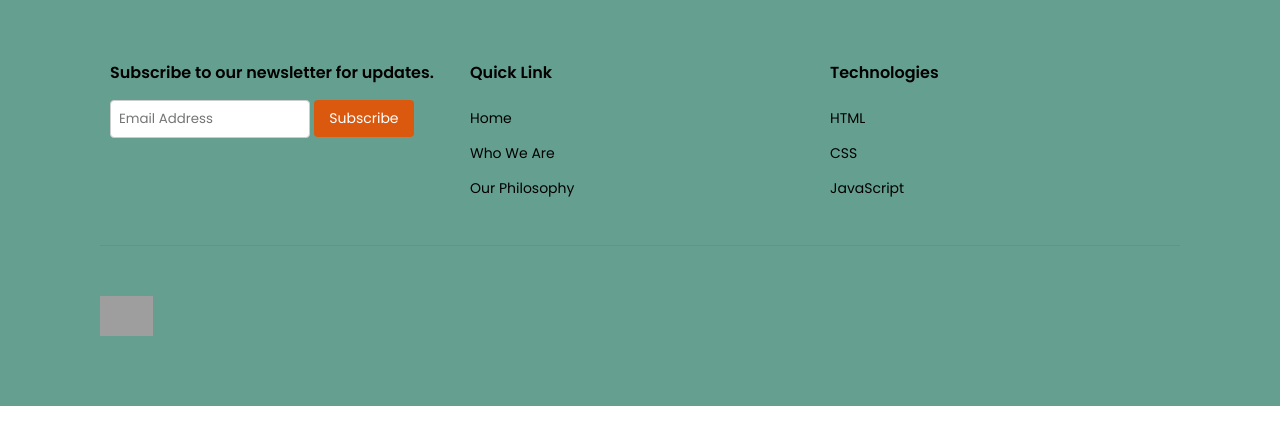
Repository: andajonas/Module_08_ANDJON25111_fto2502_A2_Anda-Jonas_SDF04
Page: index.html
An editor plug-in stored every save of this project. The page is shown before and after a run of saves, followed by the edit.
The browser window is 1280 px wide. The pictures show the whole page.
Pictures or frames that could not be fetched are drawn as grey boxes.

Above is the page before, as saved 2025-03-21 10:32:40.

After the next 2 saves:
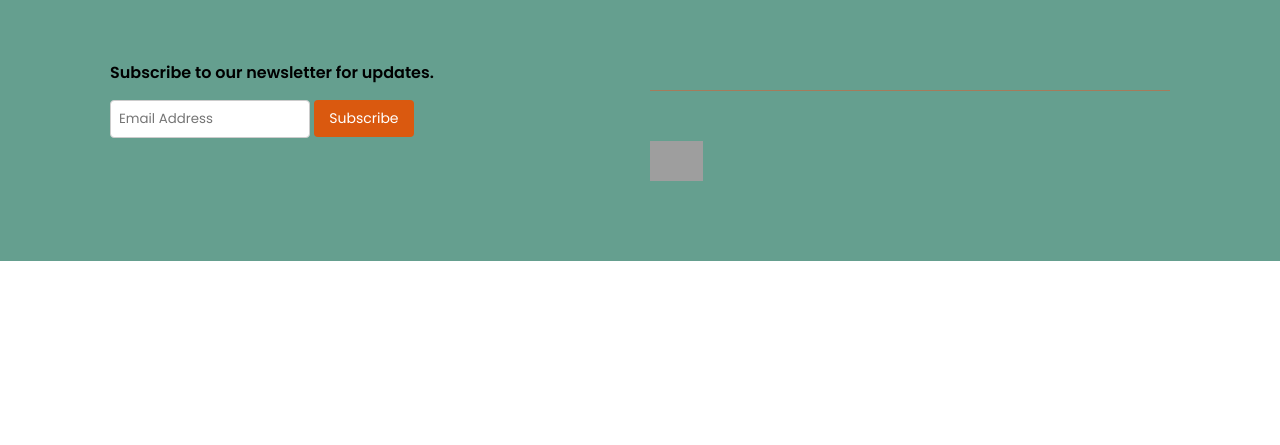
The 2 saves are shown as one change because they came seconds apart.
The last was saved 24 s later.
--- a/index.html
+++ b/index.html
@@ -18,22 +18,8 @@
                 </div>
 
                 <div class="footer-col">
-                    <h3>Quick Link</h3>
-                    <ul>
-                        <li><a href="#">Home</a></li>
-                        <li><a href="#">Who We Are</a></li>
-                        <li><a href="#">Our Philosophy</a></li>
-                    </ul>
-                </div>
-                <div class="footer-col">
-                    <h3>Technologies</h3>
-                    <ul>
-                        <li><a href="#">HTML</a></li>
-                        <li><a href="#">CSS</a></li>
-                        <li><a href="#">JavaScript</a></li>
-                    </ul>
-                </div>
-            </div>
+
+
             <hr class="footer-line">
 
             <div class="footer-logo">
